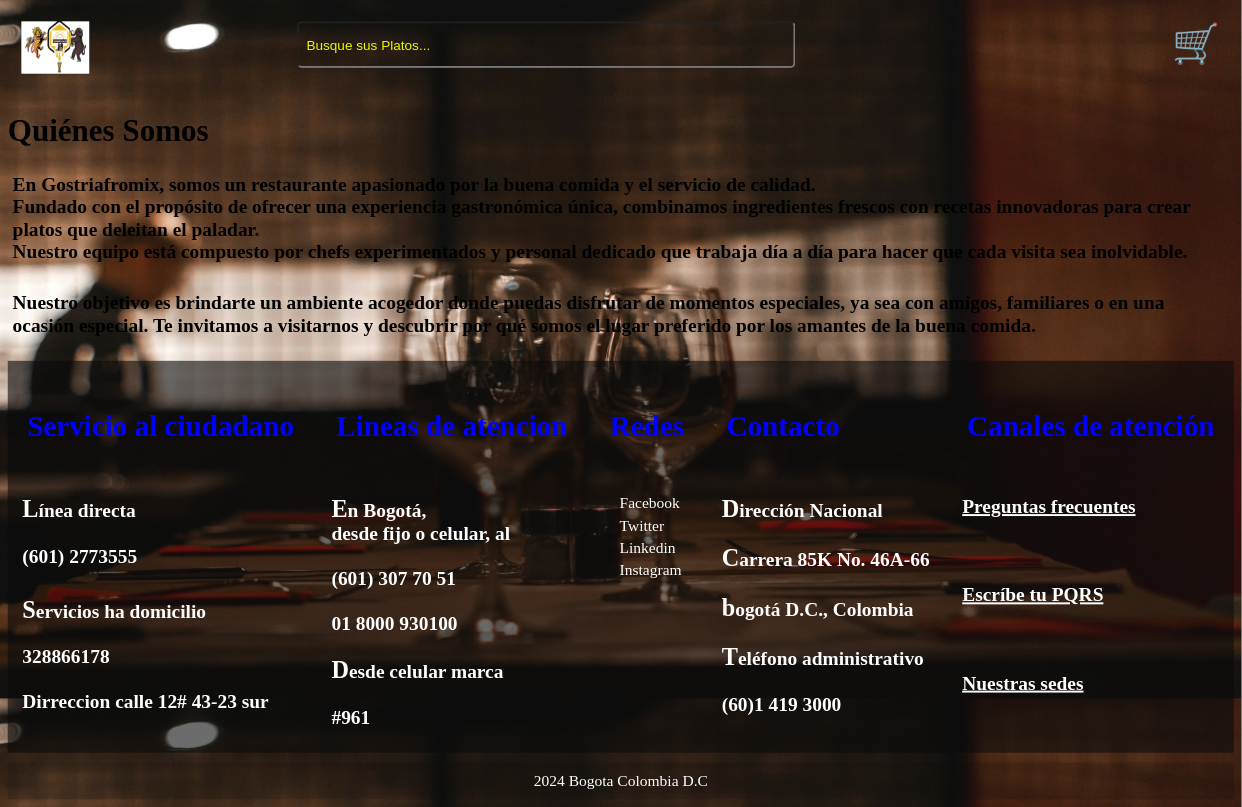
Repository: ye909/app_restaurante
Page: index.html
The author's editor kept a copy of each file at every save. The page is drawn from the files as they stood at one save, then again after the next save.
The browser window is 1280 px wide. The pictures show the whole page, at 97% of full size.
Backgrounds fixed to the window are drawn as part of the page.

Above is the page before, as saved 2025-01-11 18:44:34.
Console error: TypeError: Cannot read properties of null (reading 'addEventListener')

### index.html
<!-- <!DOCTYPE html>

<html lang="en">
<head>
  <meta charset="UTF-8">
  <meta name="viewport" content="width=device-width, initial-scale=1.0">
  <title>Restaurante</title>
  <link rel="stylesheet" href="./css/style.css">
  <link rel="stylesheet" href="./css/heder.css">
  <link rel="stylesheet" href="./css/opcion_menu.css">
  <link rel="stylesheet" href="./css/modal_card.css">
</head>
<body>




  <h1 class="bienvenida" id="bienvenida">BIENVENIDOS/A</h1>
  <nav>
    <ul>
      <li id="menu-btn"> Menu</li>
      <li></li>
      </li>
      <li><a href="./public/templeis/domicilio.html" target="_blank">Domicilio</a></li>
      <li><a href="./public/templeis/reserva.html" target="_blank">Reserva</a></li>
      <li><a href="#contacto">Contacto</a></li>
      <li><a href="./public/templeis/login.html" target="_blank">Inicio</a></li>
      <li><a href="#somos">Quiénes Somos</a></li>
      <li><a href="./public/templeis/registro.html" target="_blank">Registro</a> </li>
    </ul>
  </nav>

  <main id="menu-view" class="menu-view">
    <div class="filter-buttons">
      <button class="filter" data-region="Todos">Todos</button>
      <button class="filter" data-region="Latinoamérica">Latinoamérica</button>
      <button class="filter" data-region="Centroamérica">Centroamérica</button>
      <button class="filter" data-region="Suramérica">Suramérica</button>
    </div>
    <div id="menu-items" class="menu-items"></div>
    <div><h1>aaas</h1></div>
    <audio id="clickSound" src="./public/audio/mouse_btn3.mp3"></audio>
  </main>

  <main id="cart-view"  class="cart-view">
    <h2>Carrito de Compras</h2>

    <div id="cart-items" class="cart-items"></div>
    <div class="cart-total">
      <p>Total: <span id="cart-total">$0.00</span></p>
      <button id="back-to-menu">Volver al Menú</button>
    </div>
  </main>





</body>
</html> -->
<!DOCTYPE html>
<html lang="en">
<head>
  <meta charset="UTF-8">
  <meta name="viewport" content="width=device-width, initial-scale=1.0">
  <title>Document</title>
  <link rel="stylesheet" href="/css/menu_principal.css">
  <link rel="stylesheet" href="/css/footer.css">
  <link rel="stylesheet" href="/css/heder.css">
</head>
<body>
  <header>
    <div class="container_header_card">
      <div class="imagen"><img src="/public/imagen/login.gif" alt=""></div>

      <input type="text" id="buscar" class="buscar" placeholder="Busque sus Platos...">
      <ul id="productList" class="productList"></ul>

      <div id="cart-btn" class="shopping">🛒</div>

  </header>




  <div class="container quienes-somos" id="somos">
    <h1>Quiénes Somos</h1>
    <p>En <strong>Gostriafromix</strong>, somos un restaurante apasionado por la buena comida y el servicio de calidad.
      <br>
      Fundado con el propósito de ofrecer una experiencia gastronómica única, combinamos ingredientes frescos con
      recetas innovadoras para crear platos que deleitan el paladar. <br>
      Nuestro equipo está compuesto por chefs experimentados y personal dedicado que trabaja día a día para hacer que
      cada visita sea inolvidable.
    </p>
    <p>Nuestro objetivo es brindarte un ambiente acogedor donde puedas disfrutar de momentos especiales, ya sea con
      amigos, familiares o en una ocasión especial. Te invitamos a
      visitarnos y descubrir por qué somos el lugar preferido por los amantes de la buena comida.</p>
  </div>

  <footer>
    <div class="conataine_footer">
      <div>
        <h4>Servicio al ciudadano</h4>
        <p><span>L</span>ínea directa <br> <br> (601) 2773555</p>
        <p id="domicilio"><span>S</span>ervicios ha domicilio<br> <br>328866178 <br><br>Dirreccion calle 12# 43-23 sur
        </p>

      </div>

      <div>
        <h4>Lineas de atencion</h4>
        <p><span>E</span>n Bogotá, <br> desde fijo o celular, al <br><br>
          (601) 307 70 51 <br><br>
          01 8000 930100 <br><br>
          <span>D</span>esde celular marca <br><br>
          #961
        </p>
      </div>
      <div>
        <h4>Redes</h4>
        <div><a href=""><i class="fa-brands fa-facebook"> </i></a> Facebook</div>
        <div><a href=""><i class="fa-brands fa-twitter"></i></a>Twitter</div>
        <div><a href=""><i class="fa-brands fa-linkedin"></i> </a>Linkedin</div>
        <div><a href=""><i class="fa-brands fa-instagram"></i></a> Instagram</div>
      </div>
      <div>
        <h4 id="contacto">Contacto</h4>
        <p><span>D</span>irección Nacional<br><br>
          <span>C</span>arrera 85K No. 46A-66<br><br>
          <span>b</span>ogotá D.C., Colombia<br><br>
          <span>T</span>eléfono administrativo<br><br>
          (60)1 419 3000
        </p>
      </div>

      <div>
        <h4> Canales de atención</h4>
        <p><a href="#">Preguntas frecuentes</p></a><br>
        <p><a href="#">Escríbe tu PQRS</p></a><br>
        <p><a href="#">Nuestras sedes</p></a>
      </div>
    </div>
  </footer>
  <div class="container_final">2024 Bogota Colombia D.C</div>


  <script src="./js/script.js"></script>
  <script src="./js/productos.js"></script>
  <script src="./js/dinamico.js"></script>
</body>
</html>

### css/menu_principal.css
:scope{
    padding: 0%;
    margin: 0%;
    overflow: scroll;
}

html {
    scroll-behavior: smooth;
    background-image: url(../public/imagen/janos.jpg);
    background-repeat: no-repeat;
    background-size: cover;
    background-attachment: fixed;
    background-size: 100% 100%;
    height: auto;
  }

### css/footer.css
.conataine_footer {
  display: flex;
  justify-content: space-between;
  flex-direction: row;
  flex-wrap: wrap;
  margin: 10px;
}
p {
  padding: 5px;
  font-size: 20px;
  font-weight: bold;
}
span {
  font-size: 25px;
}

:is(.container_final) {
  display: flex;
  justify-content: center;
  align-items: center;
}

h4 {
  color: blue;
  font-size: 30px;
}
:is(.container_final, h4, i) {
  padding: 10px;
}
.container_final {
  background: rgba(12, 12, 12, 0.2);
  color: white;
}
.fa-facebook {
  color: rgb(5, 5, 253);
}
.fa-twitter {
  color: rgb(8, 123, 245);
}
.fa-linkedin {
  color: rgb(71, 71, 155);
}
.fa-instagram {
  color: rgb(243, 17, 17);
}
a {
  cursor: pointer;
}
footer a {
  font-size: 20px;
  color: white;
}
footer {
  background: rgba(10, 10, 10, 0.6);
  color: white;
}

### css/heder.css
.container_header_card{
    display: flex;
    justify-content: space-between;
    justify-items: center;
    flex-direction: row;
    flex-wrap: wrap;
    padding: 14px;
    }

 .productList {
     list-style-type: none;
     padding: 0;
 }

 .productList li {
     padding: 10px;
     border-bottom: 1px solid #ccc;
 }

 .productList li:last-child {
     border-bottom: none;
 }

  .container_header_card img{
    width: 70px;
}
  .shopping{
    font-size: 40px;
cursor: pointer;
}
.buscar::placeholder{
    color:rgb(232, 248, 3);
    font-size: 14px;
}

.buscar {
    width: 40%;
    height: 3.9vh;
    background:transparent;
    color:white;
    font-size: 18px;
    border-radius: 5px;
    margin-left: 20px;
}
:is(.bienvenida,
 .buscar){
     padding: 8px;
 }
 .bienvenida{
    background-image:linear-gradient(to left, rgb(4, 151, 4), rgb(248, 244, 7),  red,rgb(14, 14, 240));
    -webkit-text-fill-color:transparent;
    -webkit-background-clip: text;
    background-clip: text;
    text-align: center;


}

### js/script.js

  let cart = [];
  let selectedRegion = "Todos";

  const menuView = document.getElementById("menu-view");
  const cartView = document.getElementById("cart-view");
  const menuItemsContainer = document.getElementById("menu-items");
  const cartItemsContainer = document.getElementById("cart-items");
  const cartTotal = document.getElementById("cart-total");

  document.querySelectorAll(".filter").forEach(button => {
    button.addEventListener("click", () => {
      selectedRegion = button.getAttribute("data-region");
      renderMenu();
    });
  });

  document.getElementById("menu-btn").addEventListener("click", () => {
    menuView.style.display = "block";
    cartView.style.display = "none";
  });

  document.getElementById("cart-btn").addEventListener("click", () => {
    menuView.style.display = "none";
    cartView.style.display = "block";
    renderCart();
  });

  document.getElementById("back-to-menu").addEventListener("click", () => {
    menuView.style.display = "block";
    cartView.style.display = "none";
  });

  function renderMenu() {
    menuItemsContainer.innerHTML = "";
    const filteredItems = selectedRegion === "Todos" ? menuItems : menuItems.filter(item => item.region === selectedRegion);
    filteredItems.forEach(item => {
      const card = document.createElement("div");
      card.className = "card";
      card.innerHTML = `
        <img src="${item.image}" alt="${item.name}">
        <h3>${item.name}</h3>
        <p>${item.description}</p>
        <p><strong>$${item.price.toFixed(2)}</strong></p>
        <button onclick="addToCart(${item.id})">Agregar</button>
      `;
      menuItemsContainer.appendChild(card);
    });
  }

  function renderCart() {
    cartItemsContainer.innerHTML = "";
    cart.forEach(item => {
      const cartItem = document.createElement("div");
      cartItem.className = "card";
      cartItem.innerHTML = `
        <h3>${item.name}</h3>
        <p>Cantidad: ${item.quantity}</p>
        <p><strong>$${(item.price * item.quantity).toFixed(2)}</strong></p>
      `;
      cartItemsContainer.appendChild(cartItem);
    });
    const total = cart.reduce((sum, item) => sum + item.price * item.quantity, 0);
    cartTotal.textContent = `$${total.toFixed(2)}`;
  }

  function addToCart(id) {
    const item = menuItems.find(item => item.id === id);
    const cartItem = cart.find(item => item.id === id);
    if (cartItem) {
      cartItem.quantity++;
    } else {
      cart.push({ ...item, quantity: 1 });
    }
  }

  renderMenu();

### js/productos.js
const menuItems = [
  { id: 1, name: "Tacos al Pastor", description: "Delicious tacos", price: 12.99, image: "https://via.placeholder.com/150", region: "Latinoamérica" },
  { id: 2, name: "Pupusas", description: "Thick griddle cakes", price: 9.99, image: "https://via.placeholder.com/150", region: "Centroamérica" },
  { id: 3, name: "Ceviche", description: "Fresh seafood", price: 15.99, image: "https://via.placeholder.com/150", region: "Suramérica" },
];


// const menuItems = [

//     {
//       id:1,
//       nombre: "Bebida caliente",
//       img: "./public/imagen/bebidas_calientes1.PNG",
//       precio: 20000,
//       descripcion1: "hecho en los mejores lugares de paris",
//       cantidad: 1,
//     },

//     {
//       id:4,
//     precio:10000,
//     nombre:"carne",
//     img:"./public/imagen/mexica1.jpg",
//       descripcion:"Los tacos son uno de los mida "
//     , descripcion1:"tanos"
//     },
//     {
//       id:5,
//       precio:100,
//       nombre:"Sancocho",
//       img:"./public/imagen/sancocho.webp",
//         descripcion:"ya no kkkkk",
//          descripcion1:"plato de casula"
//     },
//     {
//       id:6,
//       precio:30000,
//     nombre:"Lechona",
//     img:"./public/imagen/mexica2.jpg",
//       descripcion:"La lechona es un plato típico de la "
//      ,descripcion1:"plátanos rellenos"
//     },
//     {
//       id:7,
//     precio:90000,
//     nombre:"Postre",
//     img:"./public/imagen/postre2.PNG",
//       descripcion:"ya nhhjshhshao ",
//        descripcion1:"Sabor y dulsura en el plato"
//     },
//     {
//       id:8,
//     precio:10000,
//     nombre:"Coltel",
//     img:"./public/imagen/coltel.webp",
//       descripcion:"Los tacos son uno de comida "
//     , descripcion1:"tanos"
//     },

//     {
//       id:10,
//       precio:30000,
//     nombre:"Cerveza",
//     img:"./public/imagen/cervezas.webp",
//       descripcion:"La lechona es un conoce como "
//      ,descripcion1:"plátanos rellenos"
//     },
//     {
//       id:9,
//       precio:100,
//       nombre:"plátanos rellenos",
//       img:"./public/imagen/platano.PNG",
//         descripcion:"ya no kkkkk",
//          descripcion1:"Rellenos de bocadillo y queso"
//     },
//     {
//       id:10,
//       precio:30000,
//     nombre:"Jugos",
//     img:"./public/imagen/JUGOS_NATURALES.jpg",
//       descripcion:"La lechona es unente se conoce como "
//      ,descripcion1:"plátanos rellenos"
//     },
//     {
//       id:11,
//     precio:90000,
//     nombre:"Arrozanas",
//     img:"./public/imagen/mexico6.jpg",
//       descripcion:"ya nhhjshhshao ",
//        descripcion1:"plátanos rellenos"
//     },
//     {
//     id:11,
//     precio:90000,
//     nombre:"Licor",
//     img:"./public/imagen/licores.webp",
//       descripcion:"ya nhhjshhshao ",
//        descripcion1:"plátanos rellenos"
//     }
//     //    contenido:"ya no"
//   ];

### js/dinamico.js

 const menuview = document.getElementById("menu-view")
const menu_principal=document.getElementById("menu_principal").addEventListener("click",ver_menu)

function ver_menu() {
  menuview.style.display="inline"
}
// texto de bienvenida

setTimeout(()=>{
    const bienvenida = document.getElementById("bienvenida").remove()
    bienvenida.style.transition=" background-color 0.3s ease, transform 0.7s ease; "
},3000)


// audio de los botones
const playSound = function () {
    var audio = document.getElementById("clickSound");
    audio.play();
  }



// // Ejemplo de notificación (opcional)
// document.getElementById('btnboton_agregar').addEventListener('click', () => {
//     if (Notification.permission === 'granted') {
//         new Notification('¡Hola desde tu PWA!');
//     } else if (Notification.permission !== 'denied') {
//         Notification.requestPermission().then((permission) => {
//             if (permission === 'granted') {
//                 new Notification('¡Hola desde tu PWA!');
//             }
//         });
//     }
// });

After the next save:
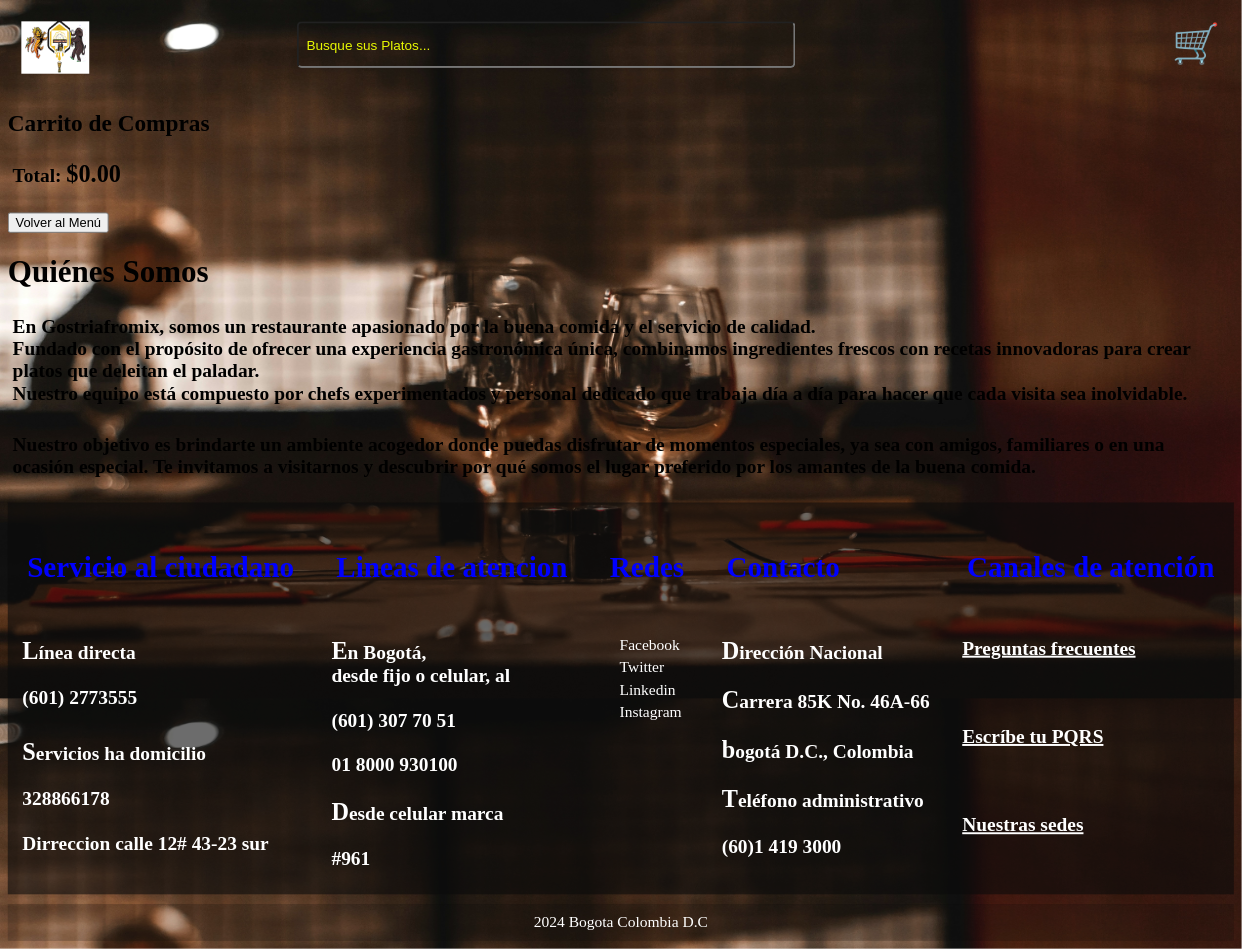
Saved 61 s later.
--- a/index.html
+++ b/index.html
@@ -42,15 +42,6 @@
     <audio id="clickSound" src="./public/audio/mouse_btn3.mp3"></audio>
   </main>
 
-  <main id="cart-view"  class="cart-view">
-    <h2>Carrito de Compras</h2>
-
-    <div id="cart-items" class="cart-items"></div>
-    <div class="cart-total">
-      <p>Total: <span id="cart-total">$0.00</span></p>
-      <button id="back-to-menu">Volver al Menú</button>
-    </div>
-  </main>
 
 
 
@@ -81,6 +72,17 @@
   </header>
 
 
+
+
+  <main id="cart-view"  class="cart-view">
+    <h2>Carrito de Compras</h2>
+
+    <div id="cart-items" class="cart-items"></div>
+    <div class="cart-total">
+      <p>Total: <span id="cart-total">$0.00</span></p>
+      <button id="back-to-menu">Volver al Menú</button>
+    </div>
+  </main>
 
 
   <div class="container quienes-somos" id="somos">
